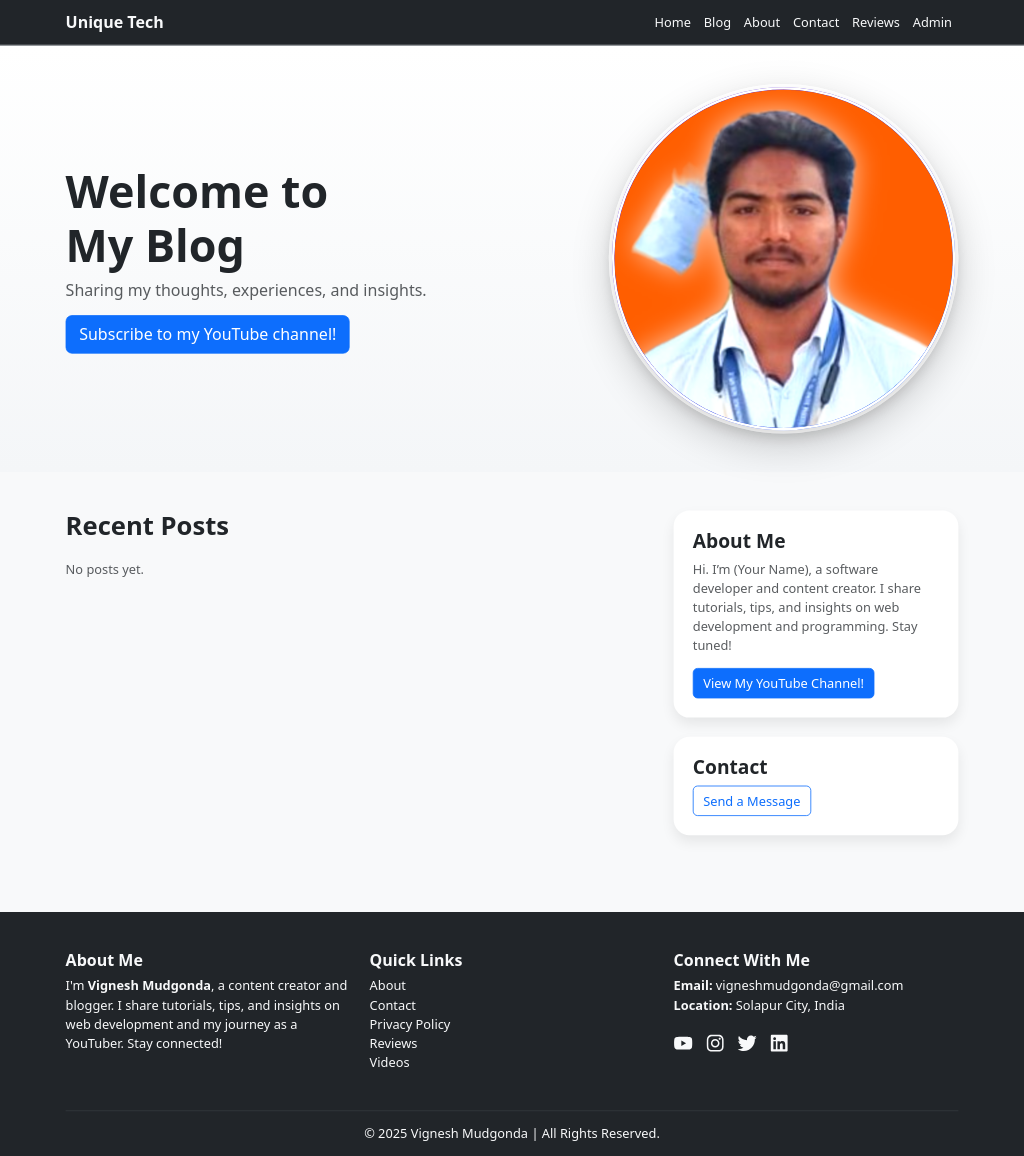
Repository: vigneshmudgonda/Blog2
Page: / (app in blog-frontend-full/)
An editor plug-in stored every save of this project. The page is shown before and after a run of saves, followed by the edit.
The browser window is 1280 px wide. The pictures show the whole page, at 80% of full size.
The page's requests for data from a server got no answer. The project was rebuilt for these pictures with package versions that can differ from the ones it lists, and the page was loaded fresh each time. No one was signed in, and anything a server would have sent is missing. Also part of the build but not shown: blog-frontend-full/src/pages/BlogList.js, blog-frontend-full/src/pages/BlogDetail.js, blog-frontend-full/src/pages/Reviews.js, blog-frontend-full/src/pages/Contact.js, blog-frontend-full/src/pages/About.js, blog-frontend-full/src/pages/AdminLogin.js, blog-frontend-full/src/pages/AdminDashboard.js, blog-frontend-full/src/pages/YoutubeVideos.js and 2 more.

Above is the page before, as saved 2025-08-22 19:53:30.

After the next 2 saves:
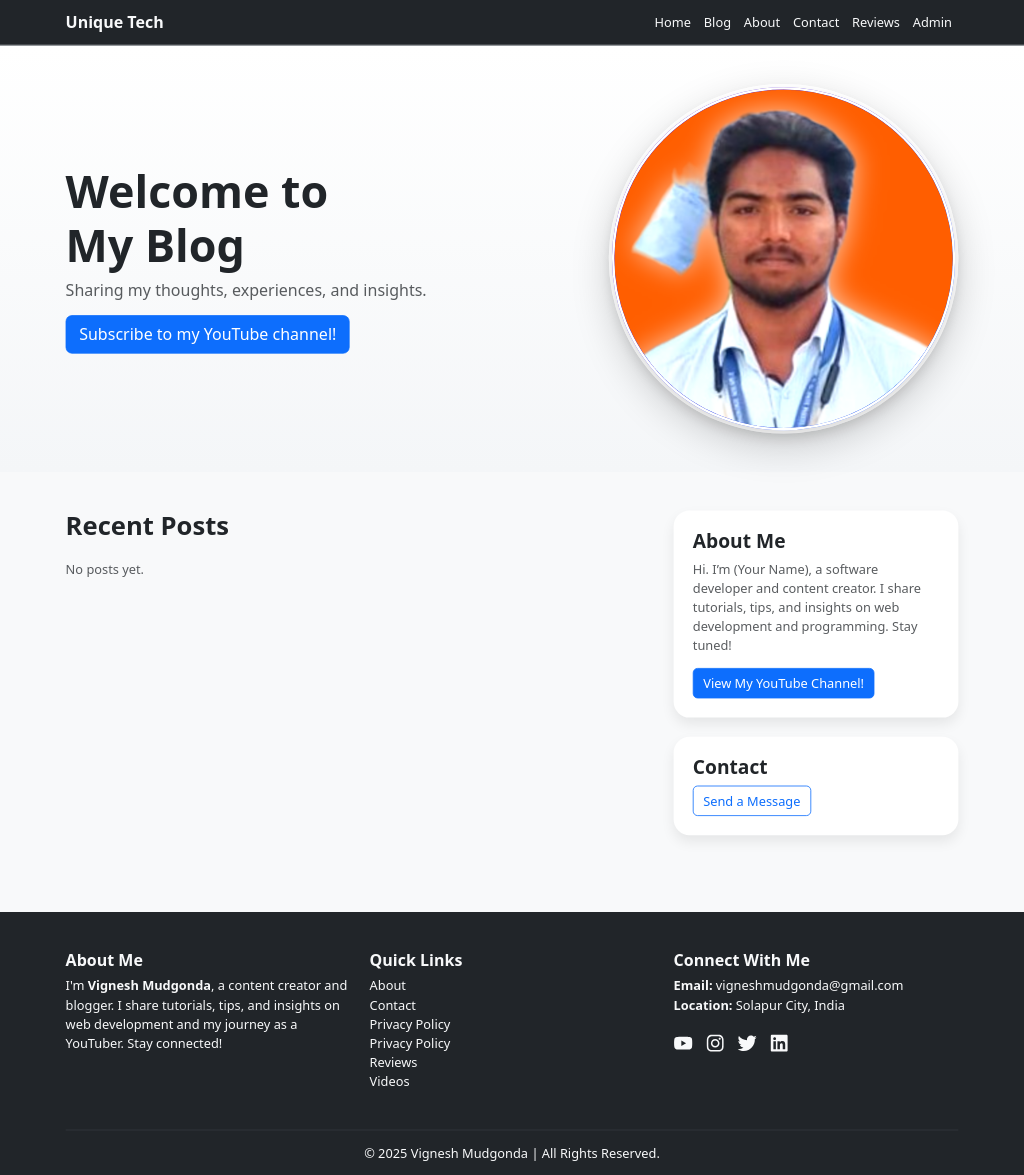
The 2 saves are shown as one change because they came seconds apart.
The last was saved 11 s later.
--- a/blog-frontend-full/src/components/Footer.js
+++ b/blog-frontend-full/src/components/Footer.js
@@ -32,6 +32,7 @@ export default function Footer() {
               <li><Link to="/about" className="text-light text-decoration-none">About</Link></li>
               <li><Link to="/contact" className="text-light text-decoration-none">Contact</Link></li>
               <li><Link to="/Privacy-Policy" className="text-light text-decoration-none">Privacy Policy</Link></li>
+               <li><Link to="/Privacy-Policy" className="text-light text-decoration-none">Privacy Policy</Link></li>
               <li><Link to="/reviews" className="text-light text-decoration-none">Reviews</Link></li>
                <li><Link to="/youtube" className="text-light text-decoration-none">Videos</Link></li>
 
